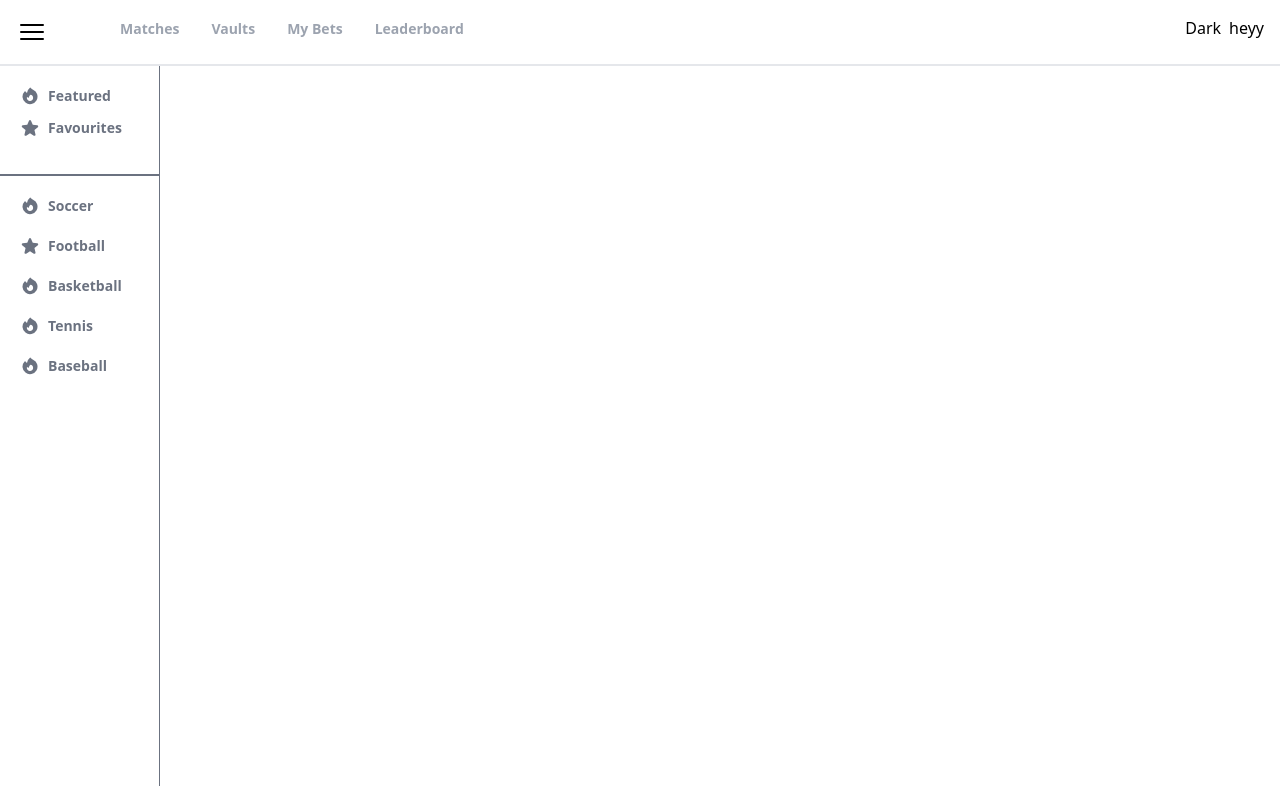
Repository: thekingisherenow/Betterbook
Page: /
The author's editor kept a copy of each file at every save. The page is drawn from the files as they stood at one save, then again after the next save.
The browser window is 1280 px wide. The pictures show the whole page.
The project was rebuilt for these pictures with package versions that can differ from the ones it lists, and the page was loaded fresh each time. The framework's server and built-in components were replaced by stand-ins that run in the browser. Also part of the build but not shown: next.config.js.

Above is the page before, as saved 2023-01-17 00:16:58.

After the next save:
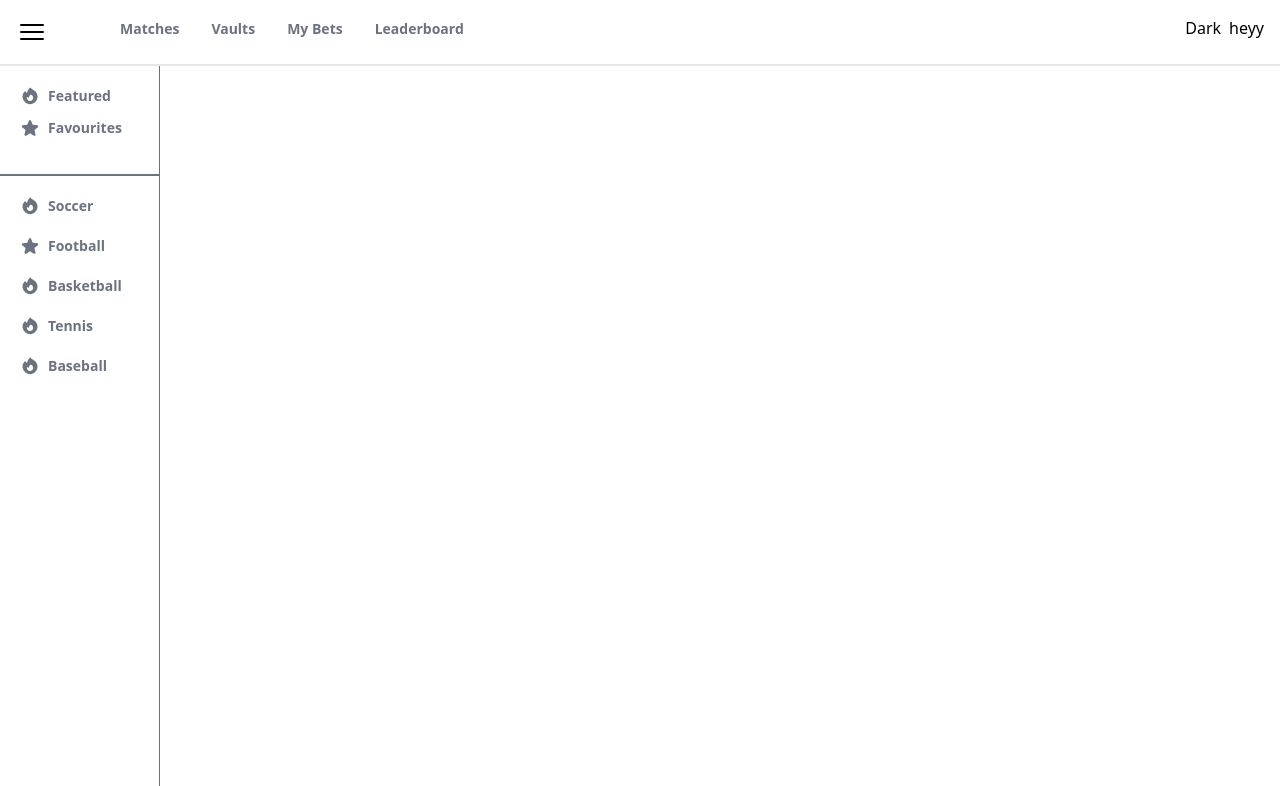
Saved 11 s later.
--- a/src/components/Typography/NavLink.tsx
+++ b/src/components/Typography/NavLink.tsx
@@ -12,7 +12,7 @@ type Props = {
 function NavLink({category,path,isActive}:Props) {
   return (
     <Link href={`${path}`}
-        className={`cursor-pointer p-4 text-sm text-gray-400 hover:text-gray-500 hover:font-bold hover:scale-110 transition-transform duration-200 ease-out font-semibold
+        className={`cursor-pointer p-4 text-sm text-gray-500 hover:text-gray-600 hover:font-bold hover:scale-110 transition-transform duration-200 ease-out font-semibold
          ${isActive && 'text-blue-500 font-bold '}`}
     >
       {category}
